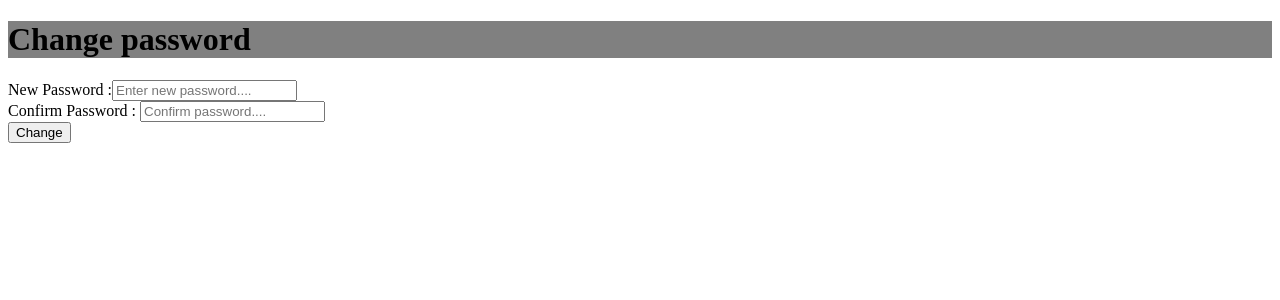
Repository: abhinavk718/servlet-project
Page: empwebapp/WebContent/changepassword.html
An editor plug-in stored every save of this project. The page is shown before and after the next save, followed by the edit.
The browser window is 1280 px wide. The pictures show the whole page.

Above is the page before, as saved 2019-11-15 08:37:00.

### empwebapp/WebContent/changepassword.html
<!DOCTYPE html>
<html>
<head>
<meta charset="ISO-8859-1">
<title>Change password here</title>
</head>
<body>
<form action="" class="col-md-4 offset-4 mt-5 mb-5 card card-body">
    <h1 class="text-center" style="background-color: gray;">Change password</h1>
    <div class="formgroup">
        New Password :<input type="text" name="newpassword"class="form-control mb-1" placeholder="Enter new password...."><br>
    </div>
    <div class="formgroup">
       Confirm Password : <input type="text" name="confirmpassword"class="form-control mb-1" placeholder="Confirm password...."><br>
    </div>
    <div class="formgroup">
        <button type="submit" class="btn btn-primary float-right mb-1" >Change</button>
    </div>
</form>
</body>
</html>

After the next save:
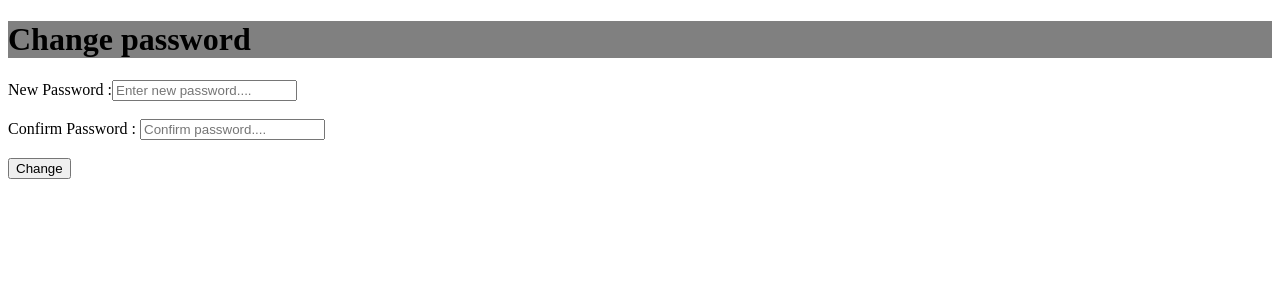
Saved 55 s later.
--- a/empwebapp/WebContent/changepassword.html
+++ b/empwebapp/WebContent/changepassword.html
@@ -8,11 +8,13 @@
 <form action="" class="col-md-4 offset-4 mt-5 mb-5 card card-body">
     <h1 class="text-center" style="background-color: gray;">Change password</h1>
     <div class="formgroup">
-        New Password :<input type="text" name="newpassword"class="form-control mb-1" placeholder="Enter new password...."><br>
+        New Password :<input type="text" name="newpassword"class="form-control mb-1" placeholder="Enter new password....">
     </div>
+    <br>
     <div class="formgroup">
-       Confirm Password : <input type="text" name="confirmpassword"class="form-control mb-1" placeholder="Confirm password...."><br>
+       Confirm Password : <input type="text" name="confirmpassword"class="form-control mb-1" placeholder="Confirm password....">
     </div>
+    <br>
     <div class="formgroup">
         <button type="submit" class="btn btn-primary float-right mb-1" >Change</button>
     </div>
